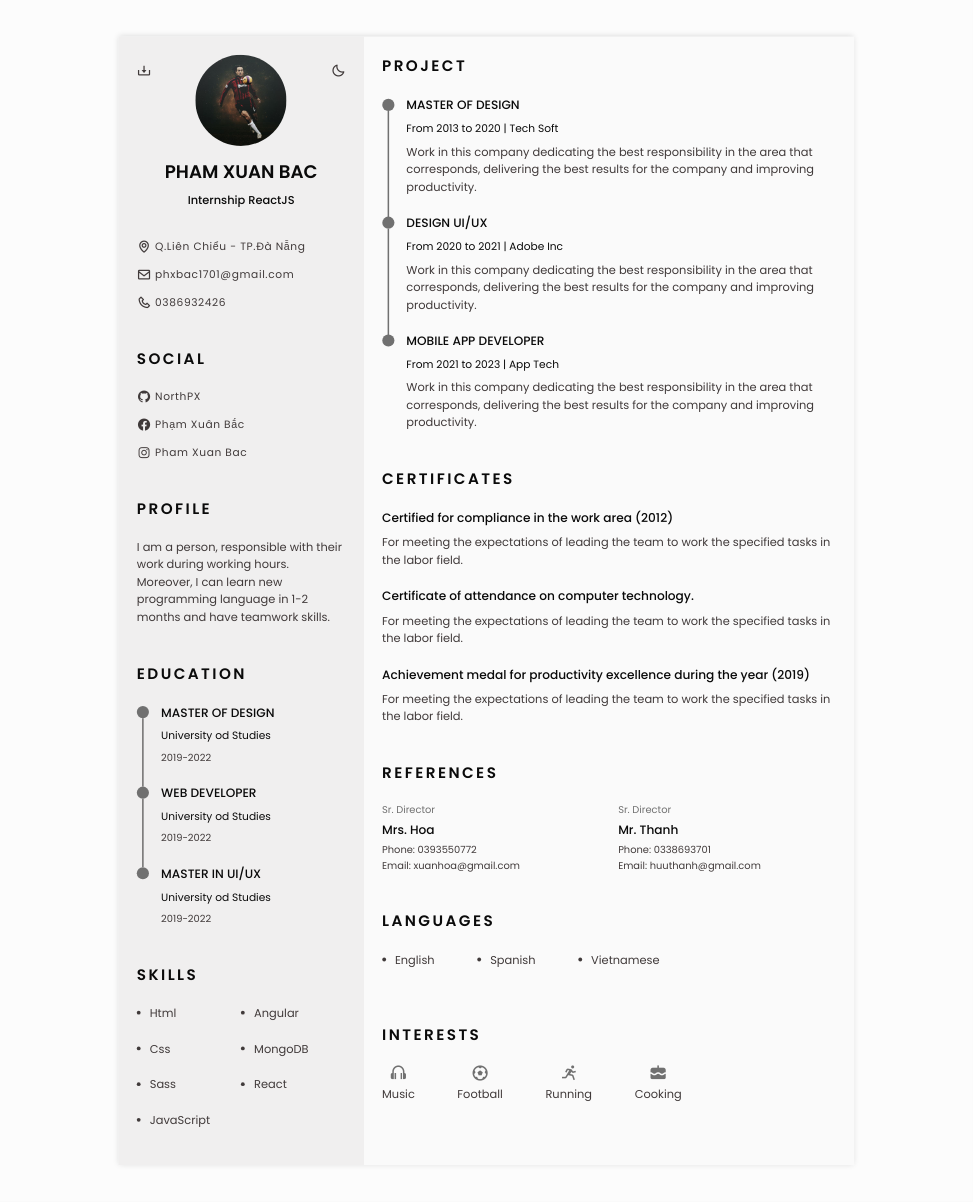
Repository: northpx/myCV
Page: index.html
An editor plug-in stored every save of this project. The page is shown before and after a run of saves, followed by the edit.
The browser window is 1280 px wide. The pictures show the whole page, at 76% of full size.

Above is the page before, as saved 2023-02-23 16:29:07.

### index.html
<!DOCTYPE html>
<html lang="en">
<head>
    <meta charset="UTF-8">
    <meta http-equiv="X-UA-Compatible" content="IE=edge">
    <meta name="viewport" content="width=device-width, initial-scale=1.0">
    <link rel="stylesheet" href="./src/css/styles.css">
    <link rel="stylesheet" href="https://cdn.jsdelivr.net/npm/boxicons@latest/css/boxicons.min.css">
    <title>Pham Xuan Bac</title>
</head>
<body>
    <header class="l-header" id="header">
        <nav class="nav bd-container">
            <a href="#" class="nav__logo">Bac</a>
            <div class="nav__menu" id="nav-menu">
                <ul class="nav__list">
                    <li class="nav__item">
                        <a href="#home" class="nav__link active-link">
                            <i class='bx bx-home nav__icon' ></i>HOME
                        </a>
                    </li>
                    <li class="nav__item">
                        <a href="#profile" class="nav__link">
                            <i class='bx bx-user nav__icon' ></i>USER
                        </a>
                    </li>
                    <li class="nav__item">
                        <a href="#education" class="nav__link">
                            <i class='bx bx-book nav__icon' ></i>EDUCATION
                        </a>
                    </li>
                    <li class="nav__item">
                        <a href="#skills" class="nav__link">
                            <i class='bx bx-receipt nav__icon' ></i>SKILLS
                        </a>
                    </li>
                    <li class="nav__item">
                        <a href="#project" class="nav__link">
                            <i class='bx bx-briefcase-alt nav__icon' ></i>PROJECT
                        </a>
                    </li>
                    <li class="nav__item">
                        <a href="#certificates" class="nav__link">
                            <i class='bx bx-award nav__icon' ></i>CERTIFICATES
                        </a>
                    </li>

                    <li class="nav__item">
                        <a href="#references" class="nav__link">
                            <i class='bx bx-link-external nav__icon' ></i>REFERENCES
                        </a>
                    </li>
                </ul>
            </div>

            <div class="nav__toogle" id="nav-toggle">
                <i class="bx bx-grid-alt"></i>
            </div>
        </nav>
    </header>
    <main class="l-main bd-container">
        <div class="resume" id="area-cv">
            <div class="resume__left">
                <section class="home" id="home">
                    <div class="home__container section bd-grid">
                        <div class="home__data bd-grid">
                            <img src="./src/img/z3668101589347_355da8c054c5f58beb49364ce3f9e5b5.jpg" alt="" class="home__img">
                            <h1 class="home__title"><b>PHAM XUAN BAC</b></h1>
                            <h3 class="home__profession">Internship ReactJS</h3>
                            <div>
                                <a download="" href="./src/pdf/resumecv.pdf" class="home__button-movil">Dowload</a>
                            </div>
                        </div>
                        <div class="home__address bd-grid">
                            <span class="home__information">
                                <i class="bx bx-map home__icon"></i> Q.Liên Chiểu - TP.Đà Nẵng
                            </span>
                            <span class="home__information">
                                <i class="bx bx-envelope home__icon"></i> phxbac1701@gmail.com
                            </span>
                            <span class="home__information">
                                <i class="bx bx-phone home__icon"></i> 0386932426
                            </span>
                        </div>
                    </div>
                    <i class="bx bx-moon change-theme" title="Theme" id="theme-button"></i>
                    <i class="bx bx-download generate-pdf" title="Generate PDF" id="resume-button"></i>
                </section>

                <section class="social section">
                    <h2 class="section-title">SOCIAL</h2>
                    <div class="social__container bd-grid">
                        <a href="https://github.com/northpx" target="_blank" class="social_link">
                            <i class="bx bxl-github social__icon"></i> NorthPX
                        </a>
                        <a href="https://www.facebook.com/north.px.13/" target="_blank" class="social_link">
                            <i class="bx bxl-facebook-circle social__icon"></i> Phạm Xuân Bắc
                        </a>
                        <a href="https://www.instagram.com/_north.px_/" target="_blank" class="social_link">
                            <i class="bx bxl-instagram social__icon"></i> Pham Xuan Bac
                        </a>
                    </div>
                </section>

                <section class="profile section" id="profile">
                    <h2 class="section-title">Profile</h2>
                    <p class="profile__description">
                        I am a person, responsible with their work during working hours. Moreover, I can learn new programming language in 1-2 months and have teamwork skills.
                    </p>
                </section>

                <section class="education section" id="education">
                    <h2 class="section-title">Education</h2>
                    <div class="education__container bd-grid">
                        <div class="education__content">
                            <div class="education__time">
                                <span class="education__rounder"></span>
                                <span class="education__line"></span>
                            </div>
                            <div class="education__data bd-grid">
                                <h3 class="education__title">MASTER OF DESIGN</h3>
                                <span class="education__studies">University od Studies</span>
                                <span class="education__year">2019-2022</span>
                            </div>
                        </div>

                        <div class="education__content">
                            <div class="education__time">
                                <span class="education__rounder"></span>
                                <span class="education__line"></span>
                            </div>
                            <div class="education__data bd-grid">
                                <h3 class="education__title">WEB DEVELOPER</h3>
                                <span class="education__studies">University od Studies</span>
                                <span class="education__year">2019-2022</span>
                            </div>
                        </div>

                        <div class="education__content">
                            <div class="education__time">
                                <span class="education__rounder"></span>
                                <!-- <span class="education__line"></span> -->
                            </div>
                            <div class="education__data bd-grid">
                                <h3 class="education__title">MASTER IN UI/UX</h3>
                                <span class="education__studies">University od Studies</span>
                                <span class="education__year">2019-2022</span>
                            </div>
                        </div>
                    </div>
                </section>

                <section class="skills section" id="skills">
                    <h2 class="section-title">Skills</h2>
                    <div class="skills__content bd-grid">
                        <ul class="skills__data">
                            <li class="skills__name">
                                <span class="skills__circle"></span> Html
                            </li>
                            <li class="skills__name">
                                <span class="skills__circle"></span> Css
                            </li>
                            <li class="skills__name">
                                <span class="skills__circle"></span> Sass
                            </li>
                            <li class="skills__name">
                                <span class="skills__circle"></span> JavaScript
                            </li>
                        </ul>

                        <ul class="skills__data">
                            <li class="skills__name">
                                <span class="skills__circle"></span> Angular
                            </li>
                            <li class="skills__name">
                                <span class="skills__circle"></span> MongoDB
                            </li>
                            <li class="skills__name">
                                <span class="skills__circle"></span> React
                            </li>
                        </ul>
                    </div>
                </section>
            </div>

            <div class="resume__right">
                <section class="project section" id="project">
                    <h2 class="section-title">project</h2>
                    <div class="project__container bd-grid">
                        <div class="project__content">
                            <div class="project__time">
                                <span class="project__rounder"></span>
                                <span class="project__line"></span>
                            </div>
                            <div class="project__data bd-grid">
                                <h3 class="project__title">MASTER OF DESIGN</h3>
                                <span class="project__company">From 2013 to 2020 | Tech Soft</span>
                                <p class="project__description">Work in this company dedicating the best responsibility in the area that corresponds, delivering the best results for the company and improving productivity.</p>
                            </div>
                        </div>
                        <div class="project__content">
                            <div class="project__time">
                                <span class="project__rounder"></span>
                                <span class="project__line"></span>
                            </div>
                            <div class="project__data bd-grid">
                                <h3 class="project__title">DESIGN UI/UX</h3>
                                <span class="project__company">From 2020 to 2021 | Adobe Inc</span>
                                <p class="project__description">Work in this company dedicating the best responsibility in the area that corresponds, delivering the best results for the company and improving productivity.</p>
                            </div>
                        </div>
                        <div class="project__content">
                            <div class="project__time">
                                <span class="project__rounder"></span>
                            </div>
                            <div class="project__data bd-grid">
                                <h3 class="project__title">MOBILE APP DEVELOPER</h3>
                                <span class="project__company">From 2021 to 2023 | App Tech</span>
                                <p class="project__description">Work in this company dedicating the best responsibility in the area that corresponds, delivering the best results for the company and improving productivity.</p>
                            </div>
                        </div>
                    </div>
                </section>

                <section class="certificate section" id="certificates">
                    <h2 class="section-title">Certificates</h2>
                    <div class="certificate__container bd-grid">
                        <div class="certificate__content">
                            <h3 class="certificate__title">Certified for compliance in the work area (2012)</h3>
                            <p class="certificate__description">For meeting the expectations of leading the team to work the specified tasks in the labor field.</p>
                        </div>

                        <div class="certificate__content">
                            <h3 class="certificate__title">Certificate of attendance on computer technology.</h3>
                            <p class="certificate__description">For meeting the expectations of leading the team to work the specified tasks in the labor field.</p>
                        </div>

                        <div class="certificate__content">
                            <h3 class="certificate__title">Achievement medal for productivity excellence during the year (2019)</h3>
                            <p class="certificate__description">For meeting the expectations of leading the team to work the specified tasks in the labor field.</p>
                        </div>
                    </div>
                </section>

                <section class="references section" id="references">
                    <h2 class="section-title">References</h2>
                    <div class="references__container bd-grid">
                        <div class="references__content bd-grid">
                            <span class="references__subtitle">Sr. Director</span>
                            <h3 class="references__title">Mrs. Hoa</h3>
                            <ul class="references__contact">
                                <li>Phone: 0393550772</li>
                                <li>Email: xuanhoa@gmail.com</li>
                            </ul>
                        </div>

                        <div class="references__content bd-grid">
                            <span class="references__subtitle">Sr. Director</span>
                            <h3 class="references__title">Mr. Thanh</h3>
                            <ul class="references__contact">
                                <li>Phone: 0338693701</li>
                                <li>Email: huuthanh@gmail.com</li>
                            </ul>
                        </div>
                    </div>
                </section>

                <section class="languages section">
                    <h2 class="section-title">Languages</h2>
                    <div class="languages__container bd-grid">
                        <ul class="languages__content bd-grid">
                            <li class="languages_name">
                                <span class="languages__circle"></span> English
                            </li>
                            <li class="languages_name">
                                <span class="languages__circle"></span> Spanish
                            </li>
                            <li class="languages_name">
                                <span class="languages__circle"></span> Vietnamese
                            </li>

                        </ul>
                    </div>
                </section>

                <section class="interests section">
                    <h2 class="section-title">Interests</h2>
                    <div class="interests__container bd-grid">
                        <div class="interests__content">
                            <i class="bx bx-headphone interests__icon"></i>
                            <span class="interests__name">Music</span>
                        </div>
                        <div class="interests__content">
                            <i class='bx bx-football interests__icon' ></i>
                            <span class="interests__name">Football</span>
                        </div>
                        <div class="interests__content">
                            <i class='bx bx-run interests__icon' ></i>
                            <span class="interests__name">Running</span>
                        </div>
                        <div class="interests__content">
                            <i class='bx bxs-cake interests__icon' ></i>
                            <span class="interests__name">Cooking</span>
                        </div>
                    </div>
                </section>
            </div>
        </div>
    </main>

    <a href="#" class="scrolltop" id="scroll-top">
        <i class="bx bx-up-arrow-alt scrolltop__icon"></i>
    </a>
    <script src="./src/js/html2pdf.bundle.min.js"></script>
    <script src="./src/js/scripts.js"></script>
</body>
</html>

Loaded but not shown: src/js/html2pdf.bundle.min.js (library); src/js/scripts.js (107 lines, source omitted); src/css/styles.css (578 lines, source omitted)

After the next 5 saves:
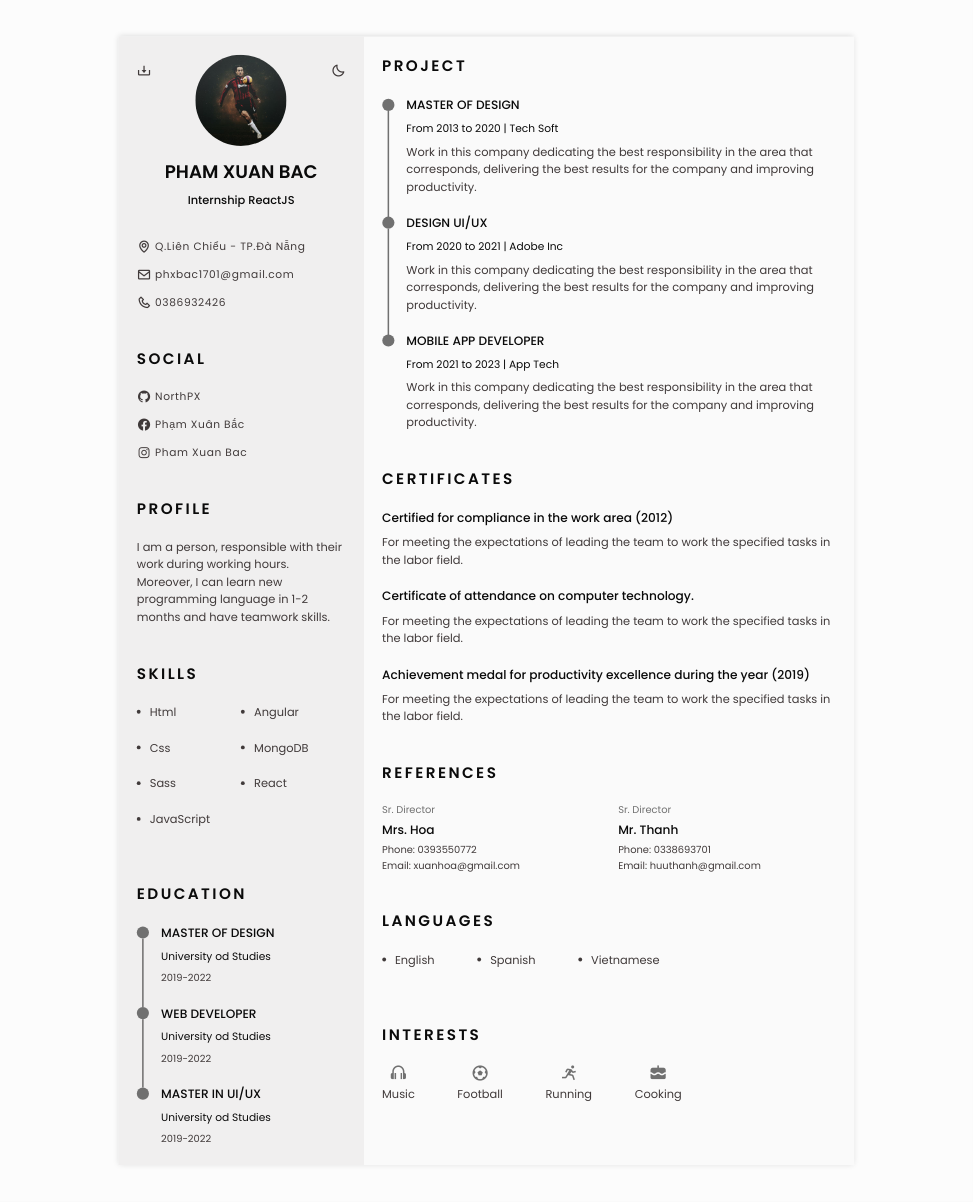
The 5 saves are shown as one change because they came seconds apart.
The last was saved 59 s later.
--- a/index.html
+++ b/index.html
@@ -109,6 +109,38 @@
                     </p>
                 </section>
 
+                <section class="skills section" id="skills">
+                    <h2 class="section-title">Skills</h2>
+                    <div class="skills__content bd-grid">
+                        <ul class="skills__data">
+                            <li class="skills__name">
+                                <span class="skills__circle"></span> Html
+                            </li>
+                            <li class="skills__name">
+                                <span class="skills__circle"></span> Css
+                            </li>
+                            <li class="skills__name">
+                                <span class="skills__circle"></span> Sass
+                            </li>
+                            <li class="skills__name">
+                                <span class="skills__circle"></span> JavaScript
+                            </li>
+                        </ul>
+
+                        <ul class="skills__data">
+                            <li class="skills__name">
+                                <span class="skills__circle"></span> Angular
+                            </li>
+                            <li class="skills__name">
+                                <span class="skills__circle"></span> MongoDB
+                            </li>
+                            <li class="skills__name">
+                                <span class="skills__circle"></span> React
+                            </li>
+                        </ul>
+                    </div>
+                </section>
+
                 <section class="education section" id="education">
                     <h2 class="section-title">Education</h2>
                     <div class="education__container bd-grid">
@@ -150,37 +182,6 @@
                     </div>
                 </section>
 
-                <section class="skills section" id="skills">
-                    <h2 class="section-title">Skills</h2>
-                    <div class="skills__content bd-grid">
-                        <ul class="skills__data">
-                            <li class="skills__name">
-                                <span class="skills__circle"></span> Html
-                            </li>
-                            <li class="skills__name">
-                                <span class="skills__circle"></span> Css
-                            </li>
-                            <li class="skills__name">
-                                <span class="skills__circle"></span> Sass
-                            </li>
-                            <li class="skills__name">
-                                <span class="skills__circle"></span> JavaScript
-                            </li>
-                        </ul>
-
-                        <ul class="skills__data">
-                            <li class="skills__name">
-                                <span class="skills__circle"></span> Angular
-                            </li>
-                            <li class="skills__name">
-                                <span class="skills__circle"></span> MongoDB
-                            </li>
-                            <li class="skills__name">
-                                <span class="skills__circle"></span> React
-                            </li>
-                        </ul>
-                    </div>
-                </section>
             </div>
 
             <div class="resume__right">
